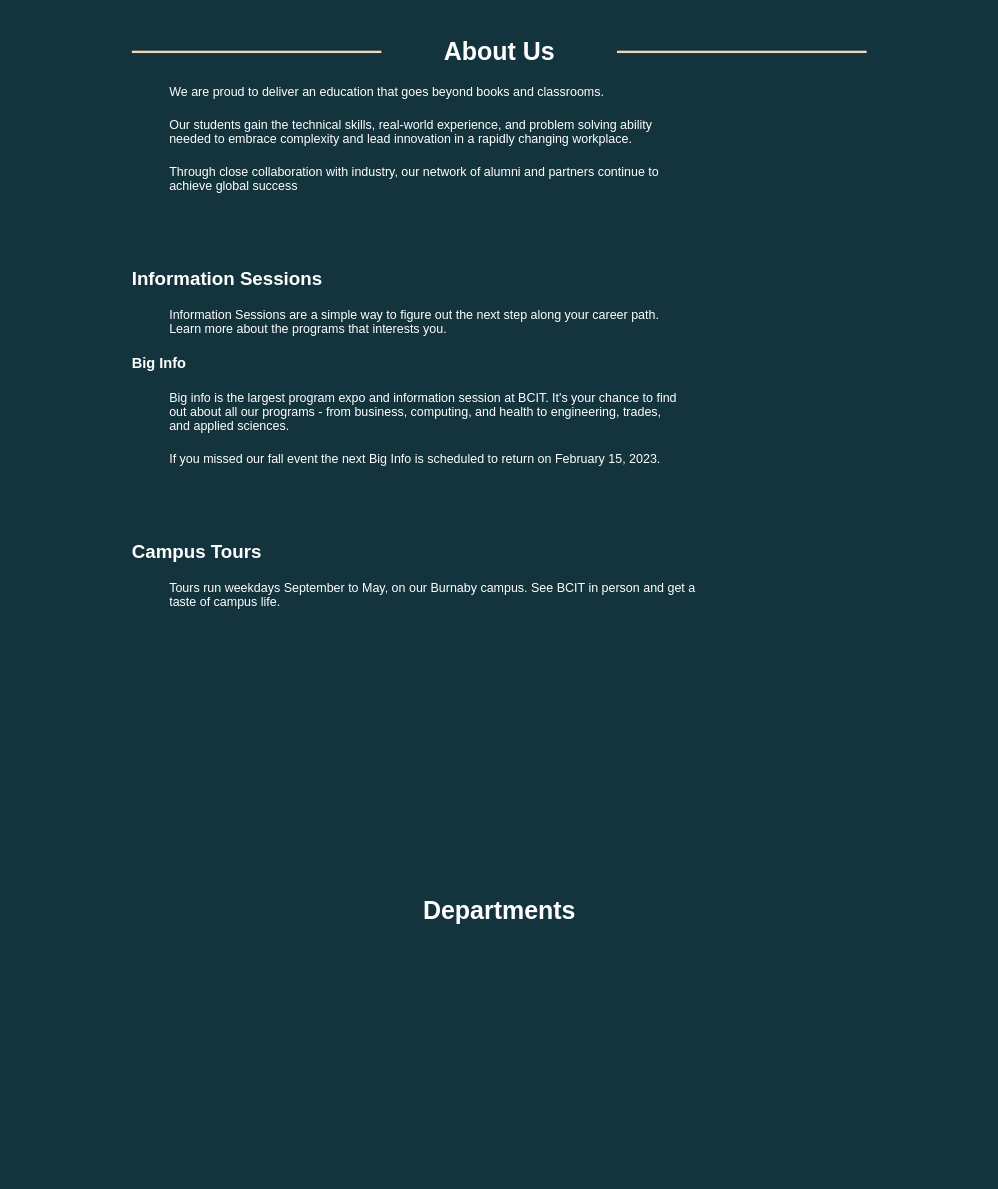
Repository: jennydmcm/assignment-1-playwright-site-A01338943
Page: /about
An editor plug-in stored every save of this project. The page is shown before and after the next save, followed by the edit.
The browser window is 1280 px wide. The pictures show the whole page, at 78% of full size.
The project was rebuilt for these pictures with package versions that can differ from the ones it lists, and the page was loaded fresh each time. The framework's server and built-in components were replaced by stand-ins that run in the browser. Also part of the build but not shown: next.config.js.

Above is the page before, as saved 2023-02-08 13:38:35.

After the next save:
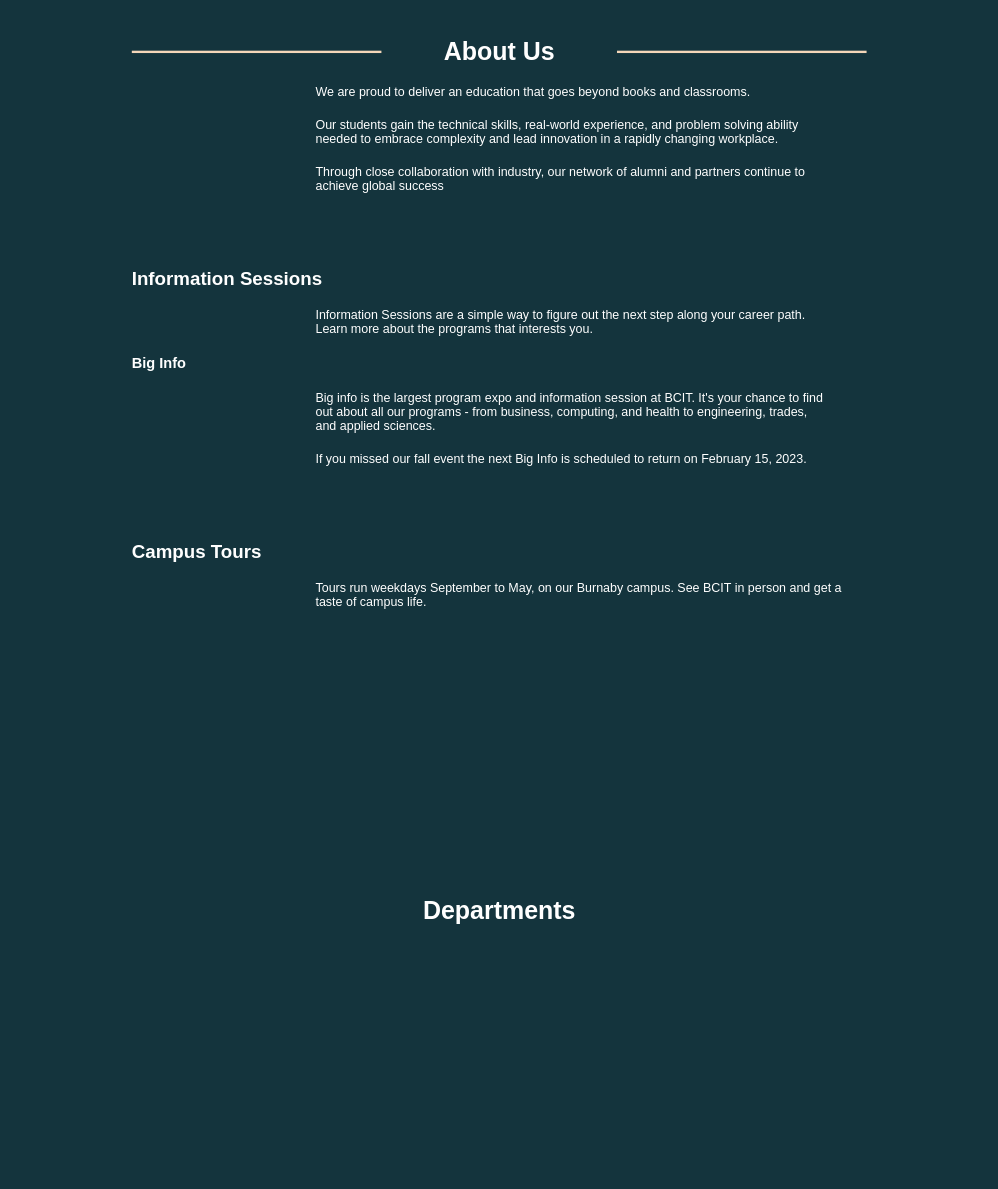
Saved 10 s later.
--- a/styles/About.module.css
+++ b/styles/About.module.css
@@ -56,7 +56,7 @@
 
 .mainText{
     padding-top: 1.5rem;
-    padding-left: 3rem;
+    padding-left: 25%;
 
 }
 
